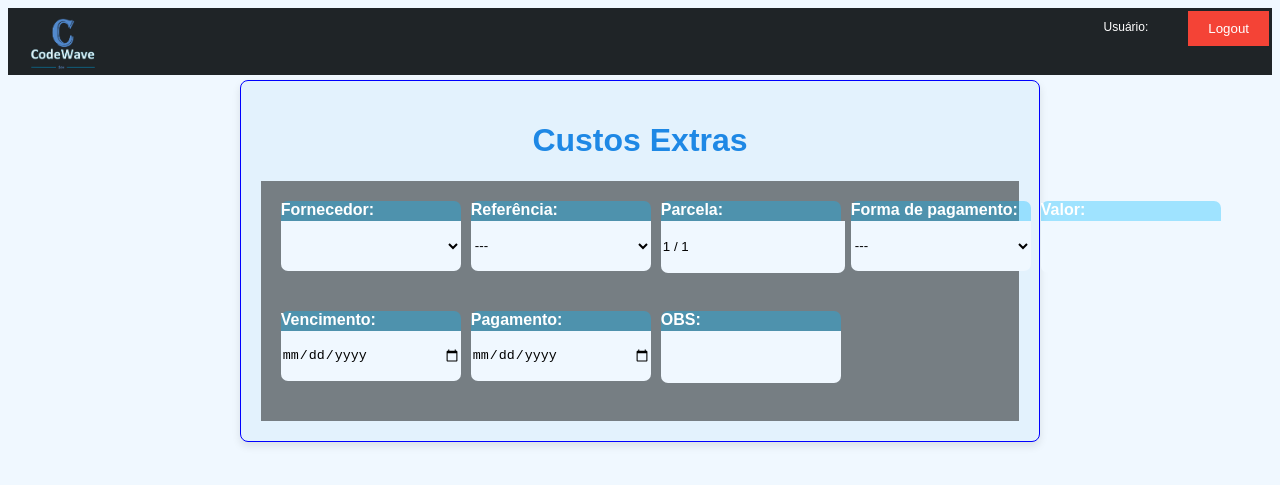
Repository: Romario-Brandao/CodeWave
Page: myproject/loja/templates/outras_despesas.html
An editor plug-in stored every save of this project. The page is shown before and after the next save, followed by the edit.
The browser window is 1280 px wide. The pictures show the whole page.
The template is drawn by Django 5.2. The application's start-up code is not run. Other server files are loaded and not shown. The template is opened directly, without the code that normally fills it, so the values that code supplies are empty.

Above is the page before, as saved 2025-03-01 01:21:58.

### myproject/loja/templates/outras_despesas.html
{% extends 'base.html' %} {% load static %} {% block body %}

<div class="form_fornecedor" style="width: 60%;">
  <h1>Custos Extras</h1>
  <div class="div_pai_custos_extras">
    <div style="display: flex;">
      <div class="caixas_barra_pesquisa_total">
        <h4 class="nome_caixa_item_parcelas">Fornecedor:</h4>
        <select name="fornecedor" class="caixa4">
          <option value=""></option>
          {% for item in fornecedores %}
          <option value="{{item.id}}">{{item.nome}}</option>
          {% endfor %}
        </select>
      </div>
      <div class="caixas_barra_pesquisa_total">
        <h4 class="nome_caixa_item_parcelas">Referência:</h4>
        <select name="forma_pg" class="caixa4" required>
          <option value="">---</option>
        <option value="AGUA">Água</option>
        <option value="CONTADOR">Contador</option>
        <option value="ENERGIA">Energia</option>
        <option value="INTERNET">Internet</option>
        <option value="SISTEMA ERP">Sistema ERP</option>
        <!-- <option value="ENERGIA"></option> -->
        </select>
      </div>
      <div class="caixas_barra_pesquisa_total">
        <h4 class="nome_caixa_item_parcelas">Parcela:</h4>
        <input type="text" name="parcela" class="caixa4" value="1 / 1">
      </div>
      <div class="caixas_barra_pesquisa_total">
        <h4 class="nome_caixa_item_parcelas">Forma de pagamento:</h4>
        <select name="forma_pg" class="caixa4" required>
          <option value="">---</option>
          <option value="BOLETO">Boleto</option>
          <option value="C.CREDITO">C.Crédito</option>
          <option value="C.DEBITO">C.Débito</option>
          <option value="DINHEIRO">Dinheiro</option>
          <option value="PIX / TRANSFERENCIA">PIX / Transferência</option>
        </select>
      </div>
      <div class="caixas_barra_pesquisa_total">
        <h4 class="nome_caixa_item_parcelas">Valor:</h4>
        <input class="caixa2_parcelas" required name="valor" type="text" value="{{ valor_parcela }}" oninput="this.value=this.value.replace(/[^0-9,]/g, '').replace(/(,.*?)(,.*)/, '$1').replace(/(\d+),(\d{2})(\d.*)/, '$1,$2')">
      </div>
  </div>
  <div style="display: flex;">
    <div class="caixas_barra_pesquisa_total">
      <h4 class="nome_caixa_item_parcelas">Vencimento:</h4>
      <input class="caixa2_parcelas widht_data" required name="vencimento" type="date">
    </div>
    <div class="caixas_barra_pesquisa_total">
      <h4 class="nome_caixa_item_parcelas">Pagamento:</h4>
      <input class="caixa2_parcelas widht_data" name="pagamento" type="date"
      name="vencimento">
    </div>
    <div class="caixas_barra_pesquisa_total">
      <h4 class="nome_caixa_item_parcelas">OBS:</h4>
      <input class="caixa2_parcelas" type="text" name="obs"
      name="obs">
    </div>

  </div>

</div>


{% endblock %}

### myproject/loja/templates/base.html
{% load static %}
<!DOCTYPE html>
<html lang="pt-br">
  <head>
    <meta charset="UTF-8" />
    <meta name="viewport" content="width=device-width, initial-scale=1.0" />
    <title>"NOME DA EMPRESA"</title>
    <link rel="stylesheet" type="text/css" href="{% static 'css/main.css' %}" />
    <link rel="preconnect" href="https://fonts.googleapis.com" />
    <link rel="preconnect" href="https://fonts.gstatic.com" crossorigin />

    <link
      href="https://fonts.googleapis.com/css2?family=Inter:wght@400;700&display=swap"
      rel="stylesheet"
    />
  </head>
  <body>
    <div class="espaco_logo">
      <a class="imagem_logo" href="{% url 'menu' %}">
        <img src="{% static 'imagens/logo.jpeg' %}" alt="Logo" width="70px" />

        <!-- <img src="static/imagens/logo.jpeg" alt="Logo" width="70px" /> -->
      </a>
      <p class="nome_do_usuario">Usuário: {{ nome_usuario }}</p>
      <form method="POST" action="{% url 'logout' %}">
        {% csrf_token %}
        <button class="btn-logout" type="submit">Logout</button>
      </form>
    </div>

    {% block body %} {% endblock %}
  </body>
  <script>
    function applyPhoneMask(input) {
        // Remove tudo que não é número
        let value = input.value.replace(/\D/g, '');

        // Aplica a máscara (00) 0 0000-0000
        value = value.replace(/^(\d{2})(\d)/, '($1) $2');    // Coloca os parênteses e espaço
        value = value.replace(/(\d{1})(\d{4})(\d{4})$/, '$1 $2-$3'); // Coloca o espaço e traço

        // Atualiza o valor do campo
        input.value = value;
    }
  </script>
  <script>
    let isSubmitting = false;

    function preventMultipleSubmissions(form) {
      if (isSubmitting) {
        alert("O formulário já está sendo enviado. Aguarde...");
        return false;
      }
      isSubmitting = true;
      return true;
    }
  </script>
</html>

### myproject/static/css/main.css
.body_caixa {
  background-color: #09428e;
  background-color: rgba(1, 5, 8, 0.871);
  width: 1450px;
  height: 100%;
  margin: 50px 0 0 60px;
}

.caixa,
.sub_valor,
.forma_pg_valor {
  background-color: rgb(255, 255, 255);
}

.nome_caixa_item,
.nome_caixa_pg,
.titulos_lista_produtos,
.sub,
.forma_pg {
  color: rgb(255, 255, 255);
  background-color: rgba(0, 183, 255, 0.336);
}

/*  */
.cabecalho {
  background-color: blue;
  color: white;
  /* Adicione esta linha se quiser que o texto dentro do cabeçalho fique branco */
  padding: 2px;
  /* Adicione algum preenchimento para melhorar a aparência */
  display: flex;
}

.ferramentas {
  height: 83px;
  width: 200px;
  margin: 0 0 0 400px;
}

/*  */

.barra_pesquisa {
  display: flex;
  padding: 0 0 0 -10px;
}

/*  */
/*  */

.item_ferramenta {
  margin: 10px 0 0 0;
  background-color: blue;
  border-radius: 3px;
  text-align: center;
  height: 50px;
  width: 100px;
  border-radius: 7px;
  border: 1px solid black;
  color: aliceblue;
}

/*  */

.caixa_item {
  margin: 0 0 0 20px;
}

.caixa_item_compra {
  margin: 0 0 0 40px;
}

.caixa_item1 {
  margin: 0 0 0 0;
}

.sub_pg {
  display: flex;
}

.nome_caixa_item {
  border-radius: 7px 7px 0 0;
  height: 20px;
  width: 250px;
  margin: 0;
}

.caixa1 {
  border: 0;
  width: 250px;
  height: 50px;
  border-radius: 0 0 7px 7px;
  background-color: aliceblue;
  margin-top: 0;
}



.caixa_data {
  border: 0;
  width: 249px;
  height: 50px;
  border-radius: 0 0 7px 7px;
  background-color: aliceblue;
  margin-top: 0;
}

.caixa2 {
  border: 0;
  width: 246px;
  height: 50px;
  border-radius: 0 0 7px 7px;
  background-color: aliceblue;
  margin-top: 0;
}

.tamanho_cod_produto {
  width: 126px;
  height: 49px;
  margin: 0 20px 0 0;
}

.tamanho_cod_produto2 {
  width: 130px;
  margin: 0 20px 0 0;
}

.tamanho_cod_produto3 {
  margin: 0 -70px 0 80px;
}

.caixas_barra_pesquisa {
  width: 200px;
  height: 100px;
  margin: 0 0 10px 75px;
  border: 0;
}

.caixas_barra_pesquisa2 {
  width: 200px;
  height: 100px;
  margin: 0 0 10px 40px;
  border: 0;
}

.caixas_barra_pesquisa_excuir {
  width: 215px;
  height: 100px;
  margin: 0 60px 0 10px;
  border: 0;
}

.espacamento_caixa_excluir_compra {
  margin-left: 430px;
}

.caixa_botoes {
  margin: 0 0 0 70px;
}

.botao_caixa {
  width: 70px;
  height: 50px;
  border: 1px solid blue;
  margin: 0 0 0 10px;
  background-color: rgb(25, 0, 255);
  border-radius: 7px;
  color: #ffffff;
}

/*  */

.tela_principal {
  display: flex;
}

/*  */

.caixa_item_2 {
  margin: 0 10px 20px 0;
}

.caixa_item_3 {
  margin: 0 0 20px 70px;
}

.excluir_item {
  margin: 20px 0 0 7px;
}

.excluir_item {
  margin: 20px 0 0 70px;
}

.titulos_lista_produtos {
  background-color: rgba(0, 17, 255, 0.596);
  /* text-align: justify; */
  text-align: center;
  height: 20px;
  width: 100%;
  margin: 0;
  border-radius: 5px 5px 0 0;
}

.resumo_caixa {
  border-radius: 7px;
  margin: 0 0 0 5px;
  width: 990px;
  height: 343px;
  background-color: rgb(255, 255, 255);
  overflow-y: auto;
}

.resumo_caixa2 {
  margin: 0 0 0 -780px;
}

.resumo_caixa3 {
  border-radius: 7px;
  margin: 0 0 0 5px;
  width: 830px;
  height: 343px;
  background-color: rgb(255, 255, 255);
  overflow-y: auto;
}

.div_excluir_servico {
  display: flex;
  margin: 0 0 0 600px;
}

.sub {
  width: 290px;
  margin: 21px 10px 0 620px;
  border-radius: 7px 7px 0 0;
}

.sub_valor {
  width: 290px;
  height: 49px;
  margin: 0 10px 0 620px;
  border-radius: 0 0 7px 7px;
}

.forma_pg {
  width: 290px;
  margin: 21px 10px 0 10px;
  border-radius: 7px 7px 0 0;
}

.forma_pg_valor {
  width: 290px;
  height: 49px;
  margin: 0 80px 0 10px;
  border-radius: 0 0 7px 7px;
}

.butao_excluir_servico {
  width: 120px;
  height: 50px;
  border-radius: 7px;
  background-color: #8e091b;
  border: 1px solid white;
}

.butao_excluir_servico:hover {
  background-color: #be0b0bd2;
  border: none;
  color: white;
  cursor: pointer;
}

.finalizar_compra {
  margin: 0 0 0 10px;
}

.butao_excluir_servico1 {
  margin: 0 0 0 20px;
}

.butao_servico {
  width: 120px;
  height: 50px;
  border-radius: 7px;
  background-color: #09428e;
  border: 1px solid white;
}

.butao_servico:hover {
  background-color: #0b59be;
  border: none;
  color: white;
  cursor: pointer;
}

.botao_cadastrar_produtos,
.botao_laterar_produtos {
  display: flex;
}

.botao_adicionar {
  margin: 20px 0 0 20px;
  height: 35px;
}

.titulo_cadastro {
  display: flex;
}

tbody th {
  font-weight: normal;
  /* Remove o negrito */
  font-family: Arial, sans-serif;
  /* Altere para a fonte desejada */
  font-size: 14px;
}

.cabec_rel_prod {
  /* font-weight: normal; */
  /* Remove o negrito */
  font-family: Arial, sans-serif;
  /* Altere para a fonte desejada */
  font-size: 13px;
}

.font_rel_est {
  font-weight: normal;
  /* Caso existam células <td>, remova o negrito também */
  font-family: Arial, sans-serif;
  /* Altere para a fonte desejada */
  font-size: 11px;
}

tbody td {
  font-weight: normal;
  /* Caso existam células <td>, remova o negrito também */
  font-family: Arial, sans-serif;
  /* Altere para a fonte desejada */
  font-size: 14px;
}

table {
  width: 100%;
  border-collapse: collapse;
}

th,
td {
  /* border: 1px solid black;
  padding: 8px; */
  text-align: left;
}

tr:nth-child(even) {
  background-color: #add8e6;
  /* Cor azul claro */
}

.bloco_filtro {
  margin: 0 50px 20px 10px;
  border-left: 1px solid rgb(248, 3, 3);
}

.itens_bloco_filtro {
  margin: 0 0 0 10px;
}

.bloco_cad_prod,
.bloco_alt_prod {
  border: 1px solid blue;
  height: 400px;
  width: 500px;
  padding: 20px;
  margin: 0 20px 0 0;
  border-radius: 7px;
}

.tabela {
  margin-bottom: 0;
}

body {
  font-family: Arial, sans-serif;
  background-color: #f0f8ff;
}

.form_fornecedor {
  width: 50%;
  margin: auto;
  border: 1px solid blue;
  background-color: #e3f2fd;
  border-radius: 8px;
  padding: 20px;
  box-shadow: 0px 4px 8px rgba(0, 0, 0, 0.1);
}

h1 {
  text-align: center;
  color: #1e88e5;
}

hr {
  border: 1px solid #1e88e5;
}

.table_fornecedor {
  width: 100%;
  margin-bottom: 20px;
  border-spacing: 10px;
  /* Espaço entre células */
}

td {
  padding: 10px;
}

.label_for {
  font-weight: bold;
  color: #1565c0;
}

.input_cad_cli_for {
  width: 500px;
  padding: 10px;
  border: 1px solid #64b5f6;
  border-radius: 4px;
  background-color: #ffffff;
  font-size: 14px;
}

.input_cad_cli_for_select {
  width: 523px;
}

textarea.input_cad_cli_for {
  resize: none;
}

.input_cad_cli_for:focus {
  border-color: #1e88e5;
  outline: none;
}

.btn_submit_for {
  background-color: #1e88e5;
  color: white;
  padding: 10px 20px;
  border: none;
  border-radius: 4px;
  cursor: pointer;
  display: block;
  margin: 20px auto;
}

.btn_submit_for:hover {
  background-color: #1565c0;
}

.quant_vend_ult_d {
  border: 0;
  font-weight: bold;
  font-size: 12px;
  background-color: None;
}

.finalizar_excluir_item_compra {
  margin: -30px 0 0 585px;
}

.espaco_logo {
  display: flex;
  background-color: rgba(1, 5, 8, 0.871);
  width: 100%;
  margin: 0 0 5px 0;
}

.imagem_logo {
  margin: 0 0 0 20px;
}

.nome_do_usuario {
  /* align-items: end; */
  color: #ffffff;
  margin-left: auto;
  padding: 0 40px 0 0;
  font-size: 12px;
}

.menu {
  border: 1px solid black;
  border-radius: 7px;
  align-items: baseline;
  height: 560px;
  width: 400px;
  margin: 60px 0 0 200px;
  padding: 20px 10px 0 20px;
  background-color: rgba(1, 5, 8, 0.871);

}

.menu2 {
  max-height: 480px;
  /* Define a altura máxima para a div menu2 */
  overflow-y: auto;
  /* Ativa a barra de rolagem vertical apenas para menu2 */
  scrollbar-width: none;
  /* Remove a barra visível no Firefox */
  -ms-overflow-style: none;
  /* Remove a barra no IE e Edge */
}

.menu2::-webkit-scrollbar {
  display: none;
  /* Remove a barra de rolagem nos navegadores WebKit */
}

.link_menu {
  text-decoration: none;
  color: #ffffff;
  display: inline-block;
  /* Permite que o background preencha o espaço */
  transition: background-color 0.2s;
  /* Suaviza a transição de cor */
  width: 100%;
  height: 30px;
  /* padding: 1px 0 0 2px; */
}

.link_menu:hover,
a:active,
a:focus {
  text-decoration: none;
  /* Mantém o sublinhado removido mesmo ao passar o mouse ou focar */
  color: inherit;
  /* Mantém a cor ao passar o mouse ou focar */
}

.link_menu:hover {
  background-color: #ffffff;
  /* Define a cor de fundo ao passar o mouse */
  border-radius: 5px;
}

.resumo_contas_pag_rec {
  border-right: 1px solid red;
  margin: 0 10px 0 0;
  padding: 0 10px 0 0;
}

.btn-logout {
  background-color: #f44336;
  color: white;
  border: none;
  padding: 10px 20px;
  cursor: pointer;
  margin: 3px 3px 0 0;
}

.btn-logout:hover {
  background-color: #d32f2f;
}

.body {
  text-align: center;
  /* background: linear-gradient(to bottom, rgb(0, 217, 255) 50%, rgb(17, 0, 255) 100%); */
  background: linear-gradient(to bottom, #011b4d 40%, #f70202 190%);
  /* background: linear-gradient(to bottom, #001845 50%, #000 100%); */
  overflow: hidden;
  height: 100vh;
  margin: 0;
  position: relative;
}

.login {
  border: solid 3px rgb(248, 61, 4);
  margin: 60px 0 200px 200px;
  padding: 50px;
  border-radius: 20px;
  width: 300px;
  text-align: left;
  color: white;
}

.login h1 {
  color: rgb(3, 248, 3);
  /* Define a cor verde clara para o título "Login" */
}

.login,
.input_login,
.hr_login {
  margin-bottom: 20px;
  /* Adiciona espaçamento abaixo do <hr> */
}

.titulo {
  text-align: center;
}

.label_login {
  display: block;
  /* Garante que o rótulo ocupe uma linha inteira */
  margin-top: 10px;
  /* Adiciona espaço acima dos rótulos */
}

.caixa_login {
  width: calc(100% - 22px);
  /* Adapta a largura ao container com 10px de padding e 1px de borda de cada lado */
  padding: 10px;
  border: 1px solid #ccc;
  /* Cor e espessura da borda */
  border-radius: 5px;
  /* Cantos arredondados */
  box-sizing: border-box;
  /* Inclui padding e borda na largura total */
}

.botao_login {
  background-color: rgb(0, 0, 255);
  /* Cor de fundo do botão */
  border: none;
  /* Remove a borda padrão */
  color: black;
  /* Cor do texto */
  padding: 10px 20px;
  /* Espaçamento interno */
  text-align: center;
  /* Centraliza o texto */
  text-decoration: none;
  /* Remove sublinhado */
  display: inline-block;
  /* Permite a definição de padding e margin */
  font-size: 16px;
  /* Tamanho da fonte */
  margin-top: 10px;
  /* Espaçamento superior */
  border-radius: 5px;
  /* Cantos arredondados */
  cursor: pointer;
  /* Cursor de mãozinha ao passar o mouse */
  transition: background-color 0.3s ease;
  /* Transição suave para mudança de cor */
}

.botao_login:hover {
  background-color: DarkBlue;
  /* Cor de fundo ao passar o mouse */
  color: #ccc;
}

.input_login {
  margin: 20px 0 20px 0;
  border: 1px solid #001845;
  border-radius: 7px;
  height: 30px;
  width: 100%;
}

.caixa_div_produto {
  margin: 30px 0 20px 0;
  display: flex;
}

.produto_cadastro {
  margin: 0 0 0 60px;
}

.label_uni_med {
  margin: 0 0 0 47px;
}

.tr_cad_produtos {
  width: 25%;
}

.bloco_filtro_dashboard {
  margin: 10px 0 0 15px;
}

.filtro_dashboard_anos {
  display: flex;
}

.caixas_barra_pesquisa3 {
  width: 300px;
}

.caixa3,
.nome_caixa_item3 {
  width: 355px;
}

.butao_servico {
  margin: 0 0 0 -5px;
}

.caixas_barra_pesquisa_total {
  width: 120px;
  height: 100px;
  margin: 0 50px 10px 20px;
  border: 0;
  gap: 30px;
}

.nome_caixa_item_parcelas {
  color: rgb(255, 255, 255);
  background-color: rgba(0, 183, 255, 0.336);
  border-radius: 7px 7px 0 0;
  height: 20px;
  width: 180px;
  margin: 0;
}

.caixa2_parcelas {
  border: 0;
  width: 146.5%;
  height: 50px;
  border-radius: 0 0 7px 7px;
  background-color: aliceblue;
  margin-top: 0;
}

.button_fechamento {
  height: 70%;
  width: 120%;
  background-color: rgba(0, 128, 0, 0.281);
  border-radius: 7px;
  border: 1px solid white;
}

.button_fechamento:hover {
  background-color: rgba(0, 128, 0, 0.788);
  border: none;
  color: white;
  cursor: pointer;
}

.caixa4 {
  border: 0;
  width: 180px;
  height: 50px;
  border-radius: 0 0 7px 7px;
  background-color: aliceblue;
  margin-top: 0;
}

.td_contas {
  padding: 0;
  margin: 0;
  text-align: right;
}


.nome_caixa_item2 {
  width: 120px;
}

.input_caixa_item2 {
  width: 116px;
}

.table-container {
  max-height: 300px;
  /* Altura máxima da tabela */
  overflow-y: auto;
  /* Habilita rolagem vertical */
}

.table-fixa th {
  position: sticky;
  /* Torna os cabeçalhos fixos */
  top: 0;
  /* Fixa no topo durante a rolagem */
  background-color: #f9f9f9;
  /* Cor de fundo do cabeçalho */
  z-index: 2;
  /* Garante que o cabeçalho fique acima das células */
}

.widht_data {
  width: 179px;
}

.hr_parcela {
  width: 50%;
  margin-left: 20px;
  height: 0.10px;
  background-color: yellow;
  border: none;
}


.menu_relatorio {
  display: none;
  position: absolute;
  /* Permite que o menu seja posicionado sobre outros elementos */
  background-color: rgba(1, 5, 8, 0.871);
  width: 300%;
  padding: 10px;
  z-index: 10;
  /* Garante que o menu esteja acima de outros elementos */
}

.barra_menu_relatorio {
  position: relative;
  /* Necessário para que o menu seja posicionado relativo a este elemento */
  width: 100%;
}

.barra_menu_relatorio:hover .menu_relatorio {
  display: block;
  left: 100px;
  /* margin: 0 0 0 50%; */
}



.form_fornecedor_relatorio {
  width: 95%;
}

.checkbox-container {
  width: 100px;
  display: grid;
  grid-template-columns: repeat(3, 1fr);
  /* Três colunas */
  gap: 10px;
  /* Espaçamento entre os itens */
  align-items: center;
  /* Alinha verticalmente os elementos */
}


.checkbox_folha {
  display: flex;
  justify-content: space-between;
}

.input_folha {
  width: 80px;
  border-radius: 3px;
}

#listaProdutos,
#listaServicos {
  position: absolute;
  display: none;
  width: 400px;
  height: 220px;
  overflow-y: auto;
  border: 2px solid #00000065;
  border-radius: 10px;
  padding: 5px;
  margin-top: 5px;
  background-color: white;
  color: #333;
  outline: none;
  z-index: 10;
}

#listaProdutos option:hover,
#listaServicos option:hover {
  background-color: #5490cf8c;
  color: rgb(48, 45, 45);
}

.div_pai_custos_extras {
  padding-top: 20px;
  /* display: flex; */
  /* columns: 6; */
  background-color: rgba(0, 0, 0, 0.482);


}

After the next save:
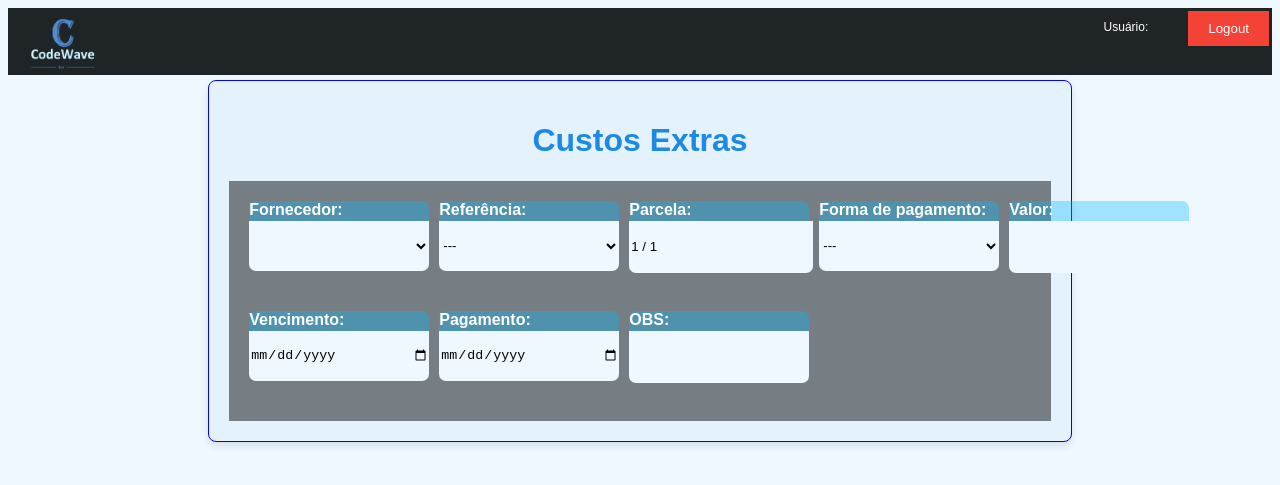
Saved 4 s later.
--- a/myproject/loja/templates/outras_despesas.html
+++ b/myproject/loja/templates/outras_despesas.html
@@ -1,6 +1,6 @@
 {% extends 'base.html' %} {% load static %} {% block body %}
 
-<div class="form_fornecedor" style="width: 60%;">
+<div class="form_fornecedor" style="width: 65%;">
   <h1>Custos Extras</h1>
   <div class="div_pai_custos_extras">
     <div style="display: flex;">
